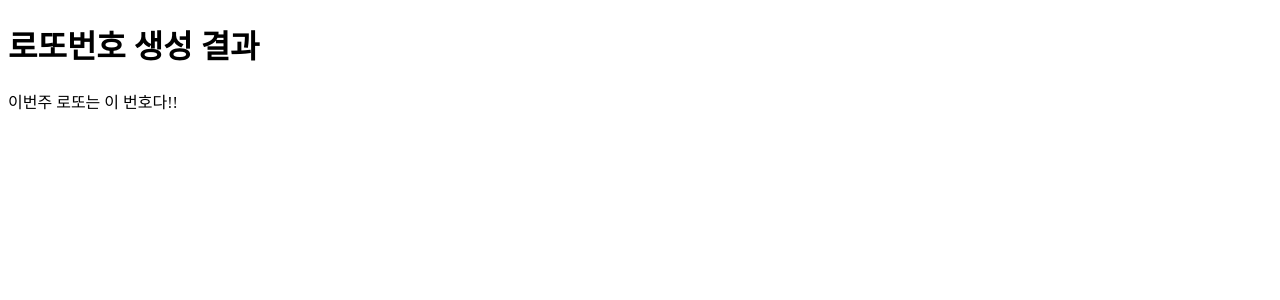
Repository: jungreul97/jsp_pracitce
Page: http://localhost/JSPBasic/JspTag/TagQ03.jsp
An editor plug-in stored every save of this project. The page is shown before and after the next save, followed by the edit.
The browser window is 1280 px wide. The pictures show the whole page.
The page is served by Tomcat 9.

Above is the page before, as saved 2022-02-03 01:27:01.

### JSPBasic/src/main/webapp/JspTag/TagQ03.jsp
<%@page import="java.util.*" %>
<%@ page language="java" contentType="text/html; charset=UTF-8"
    pageEncoding="UTF-8"%>
<!DOCTYPE html>
<html>
<head>
<meta charset="UTF-8">
<title>Insert title here</title>
</head>
<body>
	<h1>로또번호 생성 결과</h1>
<%
	out.println("이번주 로또는 이 번호다!!<br/>");
	int[] arr = new int[6];
	/* for(int i=0;i<6;i++){
		int randnum = (int)(Math.random()*46)+1;

		arr[i] = randnum;
		out.println(arr[i]+" ");
		Thread.sleep(700);
		out.flush();
	}  */

	List<Integer> lotto = new ArrayList<>();
	while(true){
		int rn = rn = (int)(Math.random()*46)+1;
		if(!lotto.contains(rn)){
			lotto.add(rn);
		}
		if(lotto.size() == 6){
			break;
		}
	}

	Collections.sort(lotto);



%>
</body>
</html>

After the next save:
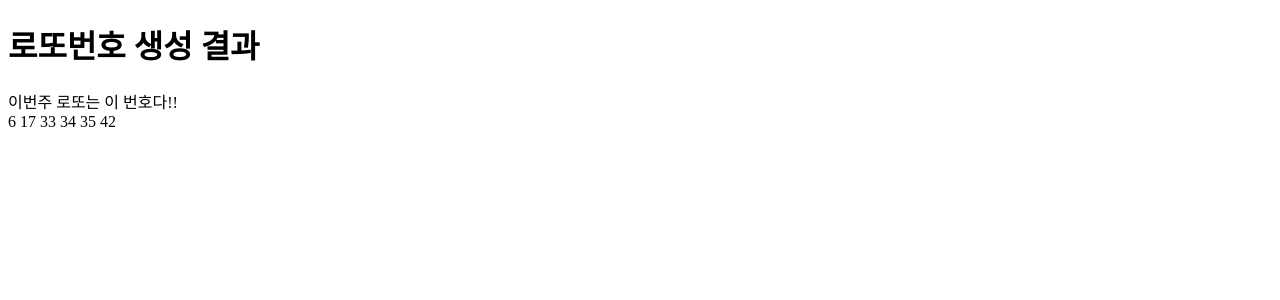
Saved 54 s later.
--- a/JSPBasic/src/main/webapp/JspTag/TagQ03.jsp
+++ b/JSPBasic/src/main/webapp/JspTag/TagQ03.jsp
@@ -34,6 +34,12 @@
 
 	Collections.sort(lotto);
 
+	for(int i=0;i<6;i++){
+		out.println(lotto.get(i)+" ");
+		Thread.sleep(700);
+		out.flush();
+	}
+
 
 
 %>
